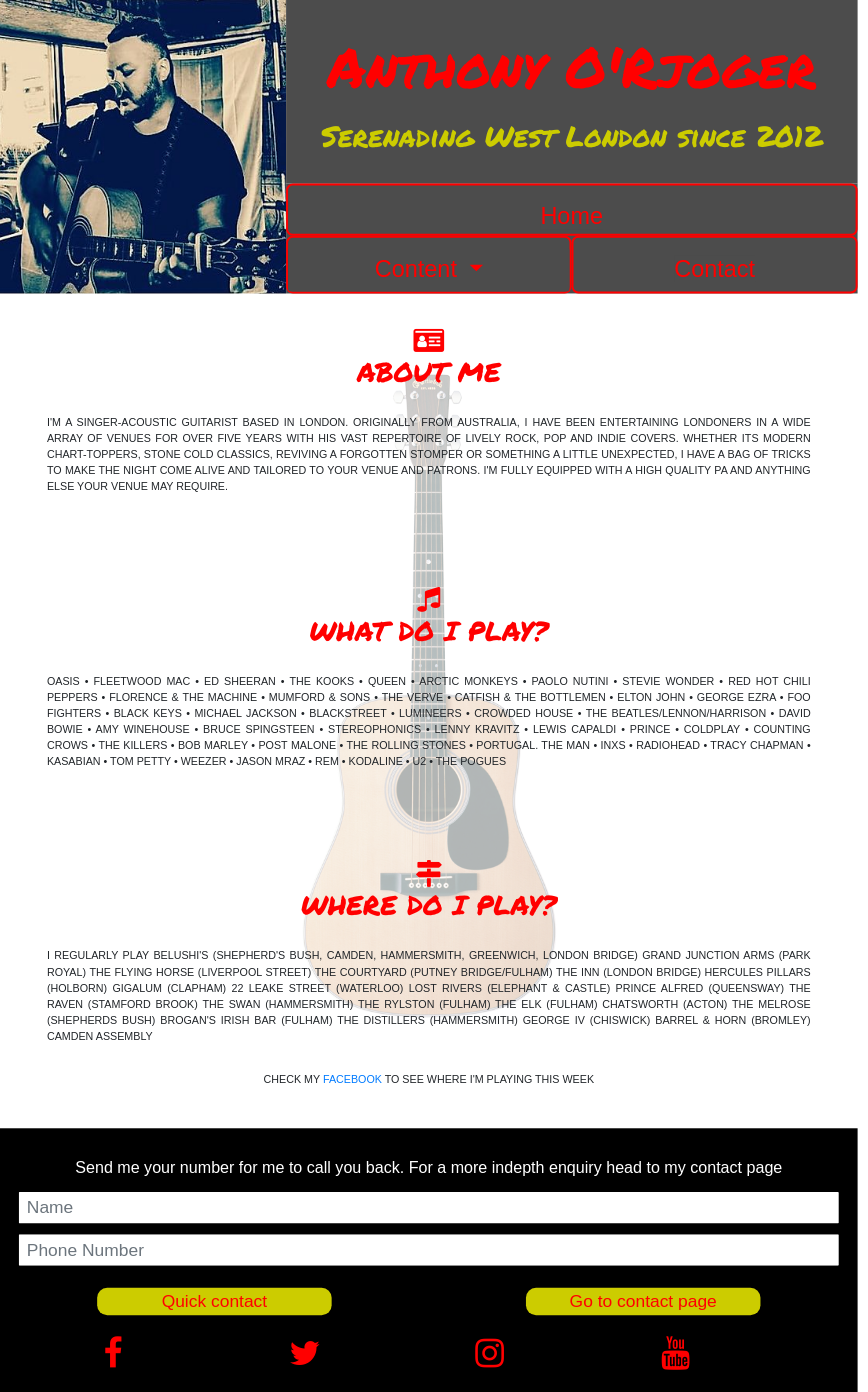
Repository: SimonGeorgeNZ/milestone_1
Page: index.html
The author's editor kept a record of every edit. The page is drawn from the files as they stood at one moment, then again after the next edit.
The browser window is 1280 px wide. The page is 1295 px wide, so the pictures cover 1295 px, including what lies to the right of the window. The pictures show the whole page, at 67% of full size.
Some web fonts or font styles are not loaded; a fallback is used. Some web libraries are served in a nearby version.

Above is the page before.

### index.html
<!DOCTYPE html>
<html lang="en">

<head>
    <meta charset="UTF-8">
    <meta name="viewport" content="width=device-width, initial-scale=1.0">
    <meta http-equiv="X-UA-Compatible" content="ie=edge">
    <link rel="stylesheet" href="assets/css/style.css" type="text/css" />
    <link rel="stylesheet" href="https://maxcdn.bootstrapcdn.com/bootstrap/4.2.1/css/bootstrap.min.css" type="text/css" />
    <link rel="stylesheet" href="https://maxcdn.bootstrapcdn.com/font-awesome/4.7.0/css/font-awesome.min.css" type="text/css" />
    <title>Anthony O'Rjoger</title>
</head>

<body>
    <header>

        <div class="row no-gutters">
            <a class="col-md-4 profile" href="index.html"></a>
            <div class="col-md-8">
                <div class="row no-gutters bg-color-title">
                    <div class="col title">
                        <h1 class="name">Anthony O'Rjoger</h1>
                        <h2 class="tag-line">Serenading West London since 2012</h2>
                    </div>
                </div>
                <div class="row no-gutters bg-col-blk">
                    <div class="col-4 col-sm-12 nav-but">
                        <a href="index.html" class="nav-but-text"><i aria-hidden="true"></i><span>Home</span></a>
                    </div>
                    <div class="col-4 col-sm-6 dropdown nav-but">
                        <button class="btn btn-secondary dropdown-toggle container-fluid" type="button" id="dropdownMenuButton" data-toggle="dropdown" aria-haspopup="true" aria-expanded="false">
    Content
  </button>
                        <div class="dropdown-menu" aria-labelledby="dropdownMenuButton">
                            <a class="dropdown-item" href="photos.html">Photos</a>
                            <a class="dropdown-item" href="videos.html">Videos</a>
                        </div>
                    </div>
                    <div class="col-4 col-sm-6 nav-but">
                        <a href="#quickcontact" class="nav-but-text"><i aria-hidden="true"></i><span>Contact</span></a>
                    </div>
                </div>

            </div>

        </div>
        </div>
    </header>

    <body class="jumbotron-main">
        <div class="row">
            <div class="about">
                <h1 class="text-box-heading"><i class="fa fa-id-card"></i><br>About me</h1>
                <p class="text-box">
                    I'm a singer-acoustic guitarist based in London. Originally from Australia, I have been entertaining Londoners in a wide array of venues for over five years with his vast repertoire of lively rock, pop and indie covers. Whether its modern chart-toppers,
                    stone cold classics, reviving a forgotten stomper or something a little unexpected, I have a bag of tricks to make the night come alive and tailored to your venue and patrons. I'm fully equipped with a high quality PA and anything
                    else your venue may require.
                </p>
            </div>
            <div class="about">
                <h1 class="text-box-heading"><i class="fa fa-music"></i><br>What do I play?</h1>
                <p class="text-box">
                    OASIS • FLEETWOOD MAC • ED SHEERAN • THE KOOKS • QUEEN • ARCTIC MONKEYS • PAOLO NUTINI • STEVIE WONDER • RED HOT CHILI PEPPERS • FLORENCE & THE MACHINE • MUMFORD & SONS • THE VERVE • CATFISH & THE BOTTLEMEN • ELTON JOHN • GEORGE EZRA • FOO FIGHTERS •
                    BLACK KEYS • MICHAEL JACKSON • BLACKSTREET • LUMINEERS • CROWDED HOUSE • THE BEATLES/LENNON/HARRISON • DAVID BOWIE • AMY WINEHOUSE • BRUCE SPINGSTEEN • STEREOPHONICS • LENNY KRAVITZ • LEWIS CAPALDI • PRINCE • COLDPLAY • COUNTING CROWS
                    • THE KILLERS • BOB MARLEY • POST MALONE • THE ROLLING STONES • PORTUGAL. THE MAN • INXS • RADIOHEAD • TRACY CHAPMAN • KASABIAN • TOM PETTY • WEEZER • JASON MRAZ • REM • KODALINE • U2 • THE POGUES
                </p>
            </div>
            <div class="about">
                <h1 class="text-box-heading"><i class="fa fa-map-signs"></i><br>Where do I play?</h1>
                <p class="text-box">
                    I regularly play BELUSHI'S (Shepherd's Bush, Camden, Hammersmith, Greenwich, London Bridge) GRAND JUNCTION ARMS (Park Royal) THE FLYING HORSE (Liverpool Street) THE COURTYARD (Putney Bridge/Fulham) THE INN (London Bridge) HERCULES PILLARS (Holborn) GIGALUM
                    (Clapham) 22 LEAKE STREET (Waterloo) LOST RIVERS (Elephant & Castle) PRINCE ALFRED (Queensway) THE RAVEN (Stamford Brook) THE SWAN (Hammersmith) THE RYLSTON (Fulham) THE ELK (Fulham) CHATSWORTH (Acton) THE MELROSE (Shepherds Bush)
                    BROGAN'S IRISH BAR (Fulham) THE DISTILLERS (Hammersmith) GEORGE IV (Chiswick) BARREL & HORN (Bromley) CAMDEN ASSEMBLY
                </p>

                <p class="text-box-1">Check my <a href="https://www.facebook.com/anthonyorjogermusic/" target="_blank">facebook</a> to see where I'm playing this week </p>


            </div>


        </div>
    </body>
    <footer class="container-fluid footer-bg footer">
        <div class="row">
            <div class="col">
                <form class="contact">
                    <div class="row no-gutters form">
                        <div class="col contact d-none d-md-block">
                            <div class="quickcontact" id="quickcontact">
                                <p>Send me your number for me to call you back. For a more indepth enquiry head to my contact page</p>
                            </div>
                            <input type="text" id="fullname" class="form-control" placeholder="Name" required />
                            <input type="text" id="phonenumber" class="form-control" placeholder="Phone Number" required />
                        </div>
                        <div class="row contactmobile d-md-none contact">
                            <div class="col-12">
                                <input type="text" id="fullname" class="form-control" placeholder="Name" name="name" required/>
                                <input type="email" id="emailaddress" class="form-control" placeholder="Email" name="email" required/>
                            </div>
                            <div class="col-12">
                                <textarea rows="5" name="projectsummary" id="projectsummary" class="form-control" placeholder="Whats the gig?" required/></textarea>
                            </div>
                        </div>
                    </div>
                </form>
            </div>
        </div>
        <div class="row">
            <input class="submit" type="submit" value="Quick contact" data-toggle="modal" data-target="#thanks" />
            <a href="contact.html" class="contactlink"><i aria-hidden="true"></i><span>Go to contact page</span></a>
        </div>
        <div class="container social-links-top">
            <div class="row no-gutters">
                <div class="col-3">
                    <a class="social-but" target=_ "blank" href="https://www.facebook.com/anthonyorjogermusic/">
                             <i class="fa fa-facebook" aria-hidden="true"></i>
                               <span class="sr-only">facebook</span>
                        </a>
                </div>
                <div class="col-3">
                    <a class="social-but" target=_ "blank" href="https://twitter.com/anthonyorjoger">
                             <i class="fa fa-twitter" aria-hidden="true"></i>
                               <span class="sr-only">Twitter</span>
                        </a>
                </div>
                <div class="col-3">
                    <a class="social-but" target=_ "blank" href="https://www.instagram.com/aor_music/">
                             <i class="fa fa-instagram" aria-hidden="true"></i>
                               <span class="sr-only">Instagram</span>
                        </a>
                </div>
                <div class="col-3">
                    <a class="social-but" target=_ "blank" href="https://www.youtube.com/channel/UCJdZ-PkIdPwwX4xIostHZ1g">
                             <i class="fa fa-youtube" aria-hidden="true"></i>
                               <span class="sr-only">Youtube</span>
                        </a>
                </div>
            </div>
        </div>
    </footer>

</body>
<script src="https://code.jquery.com/jquery-3.4.1.slim.min.js" integrity="sha384-J6qa4849blE2+poT4WnyKhv5vZF5SrPo0iEjwBvKU7imGFAV0wwj1yYfoRSJoZ+n" crossorigin="anonymous"></script>
<script src="https://cdn.jsdelivr.net/npm/popper.js@1.16.0/dist/umd/popper.min.js" integrity="sha384-Q6E9RHvbIyZFJoft+2mJbHaEWldlvI9IOYy5n3zV9zzTtmI3UksdQRVvoxMfooAo" crossorigin="anonymous"></script>
<script src="https://stackpath.bootstrapcdn.com/bootstrap/4.4.1/js/bootstrap.min.js" integrity="sha384-wfSDF2E50Y2D1uUdj0O3uMBJnjuUD4Ih7YwaYd1iqfktj0Uod8GCExl3Og8ifwB6" crossorigin="anonymous"></script>

<div class="modal fade" id="thanks" tabindex="-1" role="dialog" aria-labelledby="exampleModalLabel" aria-hidden="true">
    <div class="modal-dialog" role="document">
        <div class="modal-content">
            <div class="modal-header">
                <h5 class="modal-title" id="exampleModalLabel">Thanks!</h5>
                <button type="button" class="close" data-dismiss="modal" aria-label="Close">
          <span aria-hidden="true">&times;</span>
        </button>
            </div>
            <div class="modal-body">
                I'll be in touch shortly
            </div>
            <div class="modal-footer">
                <button type="button" class="close" data-dismiss="modal">Close</button>
            </div>
        </div>
    </div>
</div>

</html>

### assets/css/style.css
@import url('https://fonts.googleapis.com/css?family=Alatsi|Permanent+Marker|100,200,300,400,500,600,700');



/*------------------Colors------*/

.bg-color-title {
    background-color: #4c4c4c;
}

.li-menu-color {
    background-color: #4c4c4c;
}

.bg-col-blk {
    background-color: #4c4c4c;
}

.footer-bg {
    background-color: black;
}

.submit {
    color: #ff0000!important;
    background-color: #cccc00!important;
}

.contactlink {
    color: #ff0000!important;
    background-color: #cccc00!important;
}

.name {
    color: #ff0000;
}

.tag-line {
    color: #cccc00;
}

.nav-but {
    border-color: #ff0000;
}

.nav-but-text {
    color: #ff0000;
    background-color: #4c4c4c;
}

.dropdown-menu {
    background-color: #4c4c4c !important;
    border-color: #ff0000!important;
}

#dropdownMenuButton {
    color: #ff0000;
    background-color: #4c4c4c;
}

.dropdown-item {
    color: #ff0000!important;
}

h4 {
    color: #ff0000!important;
}

.social-links-top {
    border-color: #ff0000!important;
    background-color: #000000;
}

.page-heading {
    color: #ff0000;
}

.quickcontact {
    color: #ffffff;
}


/*------------------Heading------*/

header {
    margin: 0;
}

.title {
    margin-left: 25px;
    margin-right: 25px;
}


.profile {
    background: url("../images/anthony.jpg");
    background-position: center;
    background-repeat: no-repeat;
    background-size: cover;
    min-height: 350px;
    transition: all ease-in-out;
    -moz-transition: all .5s ease-in-out;
    -webkit-transition: all .5s ease-in-out;

}

.name {
    font-family: "Permanent Marker", sans-serif;
    font-weight: 100;
    font-size: calc(70px + 1vw);
    margin-top: 50px;
    text-align: center;
    padding-bottom: 20px;
}

.tag-line {
    font-family: "Permanent Marker", sans-serif;
    font-weight: 200;
    font-size: calc(30px + 1vw);
    margin-bottom: 20px;
    text-align: center;
    padding-bottom: 25px;
}


.menucontainer {
    font-size: 0;
}

#nav li {
    font-size: 14px;
    padding: 0;
    margin: 0;
}

.social-links-top {
    padding-bottom: 0;
    margin: 0;
    border-style: none;
}

/*------------------Nav------*/

.nav-but {
    border-style: solid;
    border-width: 3px;
    border-radius: 10px;
    text-align: center;
    padding-top: 20px;
}

.nav-but-text {
    font-family: 'Alatsi', sans-serif;
    font-size: 35px;
}

.dropdown-menu {
    border-width: 3px!important;
    font-size: 35px!important;
    text-align: center!important;
    min-width: 75px!important;
    min-height: 75px!important;
    border-radius: 10px!important;
}

#dropdownMenuButton {
    font-family: 'Alatsi', sans-serif;
    font-size: 35px;
    border: none;
}

.icon {
    font-size: 35px!important;
    color: #ff0000;
}

.dropdown {
    padding-top: 15px;
}

.dropdown-toggle:hover {
    background-color: transparent;
    color: #000000!important
}


.dropdown-item:hover {
    background-color: transparent!important;
    color: #000000!important
}

.nav-but-text:hover {
    cursor: pointer;
    color: #000000!important;
    text-decoration: none;
}


/*------------------Main-section------*/

.text-box-heading {
    color: #ff0000;
    font-family: "Permanent Marker", sans-serif;
    text-transform: uppercase;
}

.text-box {
    font-family: 'Alatsi', sans-serif;
    margin: 40px;
    text-transform: uppercase;
}

.text-box-1 {
    font-family: 'Alatsi', sans-serif;
    text-align: center;
    text-transform: uppercase;
}

h1 {
    color: #ff000!important;
}

.jumbotron {
    margin-bottom: 0!important;
    padding: 0;
}

.jumbotron-main {
    background-attachment: scroll;
    background: url("../images/Background-image.png");
    background-repeat: no-repeat;
    background-position: center;
    padding: 0;

}

.social-but {
    font-size: 50px;
    color: #ff0000;
    margin-left: 25%;
}

.about {
    text-align: justify;
    margin: 45px;
}

.text-box-heading {
    text-align: center;
}

.image {
    margin: auto;
    margin-top: 100px;
    display: block;
    height: 200px;
    width: 200px;

}

.video {
    text-align: center;
    height: 150px;
    width: 150px;
    margin-top: 50px;
}

.image:hover {
    cursor: pointer;
}

.bottom-padding {
    margin-bottom: 250px;
}

.image-text {
    padding-top: 15px;
    text-align: center;
    font-family: 'Alatsi', sans-serif;
    font-size: 20px;
}

.modal-footer {
    font-family: 'Alatsi', sans-serif;
    font-size: 25px;
    text-align: center;
}

.modal-image {
    width: auto;
    height: auto;
}

/*------------------Contact------*/

.form-control {
    border-style: solid!important;
    border-width: 3px!important;
    border-color: #000000!important;
}

.page-heading {
    font-family: "Permanent Marker", sans-serif;
    font-size: 65px;
    text-transform: uppercase;
    text-align: center;
    padding-top: 20px;
}


/*------------------Footer------*/

.footer {
    padding: 20px;
}

.submit {
    font-family: 'Alatsi', sans-serif;
    font-size: 26px;
    border: none;
    margin: auto;
    margin-top: 10px;
    margin-bottom: 20px;
    border-radius: 15px;
    width: 350px;
}

.contactlink {
    font-family: 'Alatsi', sans-serif;
    font-size: 26px;
    border: none;
    margin: auto;
    margin-top: 10px;
    margin-bottom: 20px;
    border-radius: 15px;
    width: 350px;
    text-align: center;
}

.contact {
    padding: 10px;

}

#fullname {
    margin-bottom: 10px;
}

input[type="text"] {
    font-family: 'Alatsi', sans-serif;
    font-size: 26px;
}

input[type="email"] {
    font-family: 'Alatsi', sans-serif;
    font-size: 26px;
}


#projectsummary {
    font-family: 'Alatsi', sans-serif;
    font-size: 26px;
}

.social-links-top {
    width: 100vw;
}

.quickcontact {
    font-family: 'Alatsi', sans-serif;
    font-size: 24px;
    text-align: center;
}

.contactlink:hover {
    text-decoration: none;
    color: #000000!important;
}

.submit:hover {
    cursor: pointer;
    color: #000000!important;
}

After the next edit:
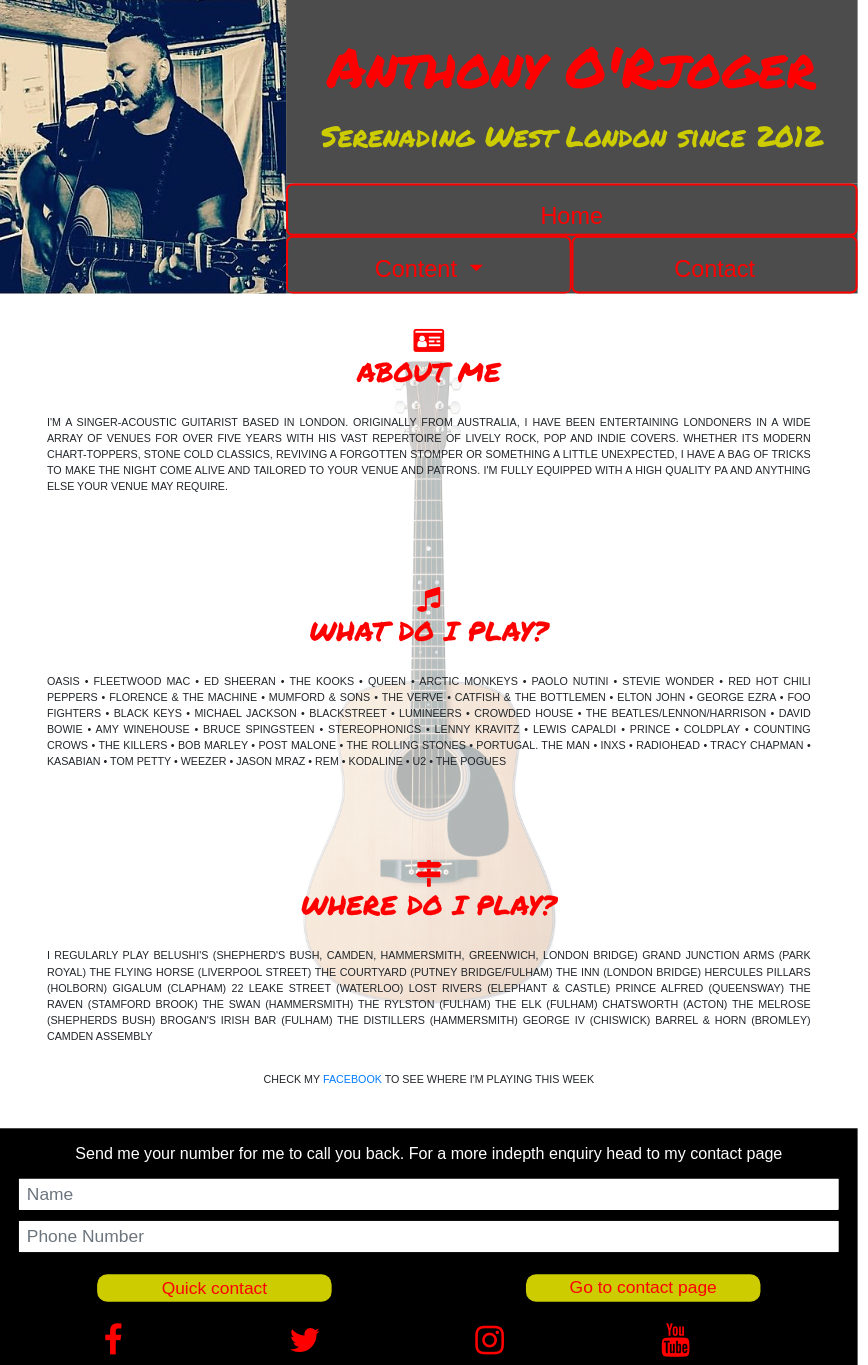
The edit:
--- a/assets/css/style.css
+++ b/assets/css/style.css
@@ -309,9 +309,6 @@
 
 /*------------------Footer------*/
 
-.footer {
-    padding: 20px;
-}
 
 .submit {
     font-family: 'Alatsi', sans-serif;
